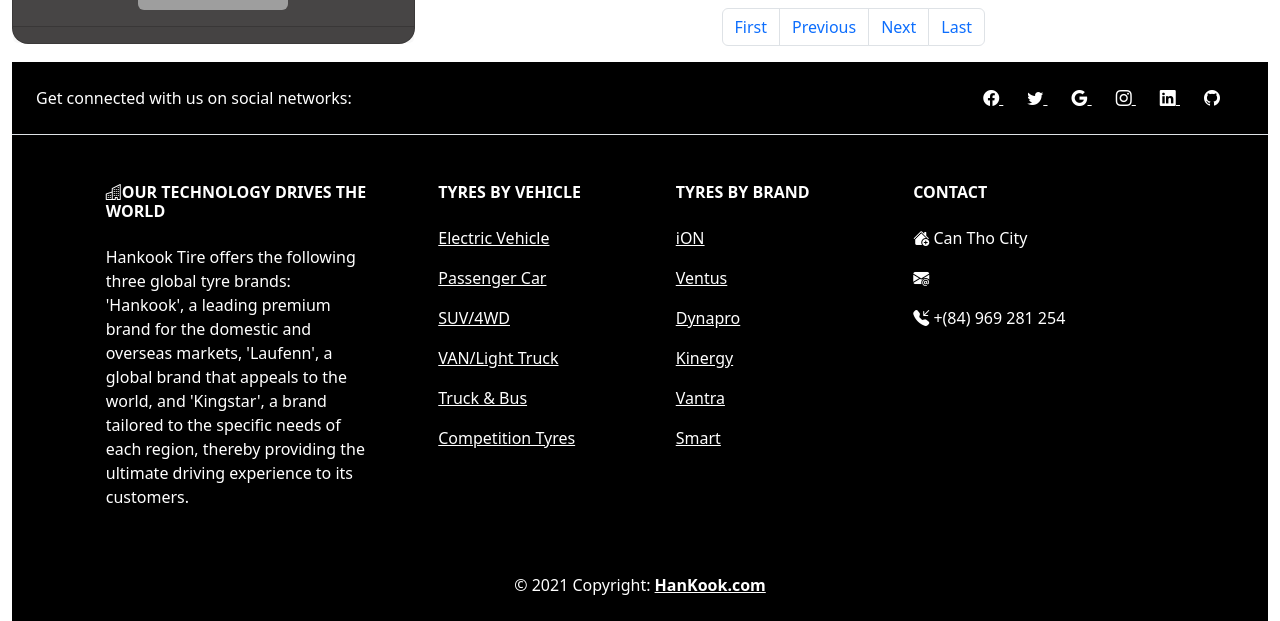
Repository: TrungAug/JAVA4
Page: myWeb/templates/editor.html
These files come from the project's save history. The page is drawn as it stood at one moment and after the next save; the edit follows.
The browser window is 1280 px wide. The pictures show the part of the page from y = 740 to 1407 px (the page is 1361 px tall before and 1407 px after).
Pictures or frames that could not be fetched are drawn as grey boxes. A picture or video elsewhere on the page could not be fetched, so the positions and the page height are approximate.

Above is the page before, as saved 2023-11-15 19:43:02.

### myWeb/templates/editor.html
<!DOCTYPE html>
<html lang="en">

<head>
    <meta charset="UTF-8">
    <meta name="viewport" content="width=device-width, initial-scale=1.0">
    <title>Java4</title>
    <link href="https://cdn.jsdelivr.net/npm/bootstrap@5.3.2/dist/css/bootstrap.min.css" rel="stylesheet"
        integrity="sha384-T3c6CoIi6uLrA9TneNEoa7RxnatzjcDSCmG1MXxSR1GAsXEV/Dwwykc2MPK8M2HN" crossorigin="anonymous">
    <link rel="stylesheet" href="https://cdn.jsdelivr.net/npm/bootstrap-icons@1.11.0/font/bootstrap-icons.css">
</head>

<body class="d-flex flex-column justify-content-between" style="height: 100vh;">
    <div class="container-fluid">
        <header>
            <div class="row">
                <div class="col-lg-4 col-md-4 col-sm-12">
                    <div class="myui-header__logo ">
                        <a class="home" href="/index.html" target="_self">
                            <img class="logo"
                                src="https://asset.hankooktire.com/content/dam/hankooktire/local/img/main/main-key-visual/pc/logo.svg"
                                alt="Hankook Tire">
                        </a>
                    </div>
                </div>
                <div class="col-lg-8 col-md-8 col-sm-12 d-flex">
                    <div class="myui-header__navbar">
                        <nav class="navbar navbar-expand-lg bg-body-tertiary">
                            <div class="container-fluid">
                                <a class="navbar-brand" href="#">Home</a>
                                <button class="navbar-toggler" type="button" data-bs-toggle="collapse"
                                    data-bs-target="#navbarSupportedContent" aria-controls="navbarSupportedContent"
                                    aria-expanded="false" aria-label="Toggle navigation">
                                    <span class="navbar-toggler-icon"></span>
                                </button>
                                <div class="collapse navbar-collapse" id="navbarSupportedContent">
                                    <ul class="navbar-nav me-auto mb-2 mb-lg-0">
                                        <li class="nav-item dropdown">
                                            <a class="nav-link dropdown-toggle" href="#" role="button"
                                                data-bs-toggle="dropdown" aria-expanded="false">
                                                Tyres
                                            </a>
                                            <ul class="dropdown-menu">
                                                <li><a class="dropdown-item" href="#">Electric Vehicle</a></li>
                                                <li><a class="dropdown-item" href="#">Passenger Car</a></li>
                                                <li><a class="dropdown-item" href="#">SUV/4WD</a></li>
                                                <li><a class="dropdown-item" href="#">VAN/Light Truck</a></li>
                                                <li><a class="dropdown-item" href="#">Truck & Bus</a></li>
                                                <li><a class="dropdown-item" href="#">Competition Tyres</a></li>
                                                <li>
                                                    <hr class="dropdown-divider">
                                                </li>
                                                <li><a class="dropdown-item" href="#">Something else here</a></li>
                                            </ul>
                                        </li>
                                        <li class="nav-item">
                                            <a class="nav-link" href="#">Promotion</a>
                                        </li>
                                        <li class="nav-item">
                                            <a class="nav-link" aria-current="page" href="#">Help & Support</a>
                                        </li>
                                        <li class="nav-item dropdown">
                                            <a class="nav-link dropdown-toggle" href="#" role="button"
                                                data-bs-toggle="dropdown" aria-expanded="false">
                                                Account
                                            </a>
                                            <ul class="dropdown-menu">
                                                <li><a class="dropdown-item" href="/templates/updateaccout.html">Update
                                                        Account</a></li>
                                                <li><a class="dropdown-item" href="/templates/forgetpass.html">Forget
                                                        Password</a></li>
                                                <li>
                                                    <hr class="dropdown-divider">
                                                </li>
                                                <li><a class="dropdown-item" href="/templates/signin.html">Sign in</a>
                                                </li>
                                                <li><a class="dropdown-item" href="/templates/signup.html">Sign up</a>
                                                </li>
                                            </ul>
                                        </li>
                                    </ul>
                                </div>
                            </div>
                        </nav>
                    </div>
                </div>
            </div>
            <div class="myui-header__search">
                <form class="d-flex" role="search">
                    <input class="form-control me-2" type="search" placeholder="Search" aria-label="Search">
                    <button class="btn btn-outline-success" type="submit">Search</button>
                </form>
            </div>
        </header>
        <main class="main">
            <section>
                <h1>ADMIN</h1>
            </section>
            <div class="row">
                <div class="col-lg-4 col-md-4 col-sm-12" id="sidebar-login-n-categories">
                    <div id="editor_product" class="mb-3 text-white">
                        <div class="card shadow-2-strong"
                            style="border-radius: 1rem;background-color: #474545;color: #fff;">
                            <div class="card-body p-2 text-center">
                                <h3 class="mb-4">PRODUCT DETAILS</h3>
                                <table class="table table-danger text-start">
                                    <tbody>
                                        <tr>
                                            <th>Name: </th>
                                            <td>Mark</td>
                                        </tr>
                                        <tr>
                                            <th>Tyre:</th>
                                            <td>Jacob</td>
                                        </tr>
                                        <tr>
                                            <th>Description: </th>
                                            <td>@twitter</td>
                                        </tr>
                                    </tbody>
                                </table>
                                <div class="row">
                                    <!-- lặp hình trong dtb ra 3 hình -->
                                    <div class="col img-prod">
                                        <img src="https://asset.hankooktire.com/content/dam/hankooktire/eu/product/ion/ih01a/KV%20thumb(IH01)1.png"
                                            class="figure-img img-fluid rounded" alt="..."
                                            style="width: 150px;height: 150px;">
                                    </div>
                                </div>
                            </div>
                            <div class="card-footer">

                            </div>
                        </div>
                    </div>
                </div>
                <div class="col-lg-8 col-md-8 col-sm-12" id="productsContainer">
                    <div class="box-content mt-3">
                        <div class="row">
                            <div class="col-lg-3 col-md-4 col-sm-12 mb-3">
                                <div class="card d-flex flex-column h-100">
                                    <a href="#">
                                        <img src="https://asset.hankooktire.com/content/dam/hankooktire/eu/product/tire_list/suv/IH01A_normal.png"
                                            alt="" class="card-img-top img-thumbnail" data-bs-toggle="tooltip"
                                            data-bs-placement="right">
                                    </a>
                                    <div class="card-body">
                                        <h5 class="card-title">iON evo AS SUV</h5>
                                        <p class="card-text font_caption_lg desc">EVolutionised to perform and last</p>
                                    </div>
                                    <div class="card-footer d-flex align-items-center">
                                        <div class="me-4">
                                            <a href="" class="text-reset text-decoration-none">
                                                <i class="bi bi-suit-heart"></i>
                                                <span>2.099</span>
                                            </a>
                                        </div>
                                        <div class="me-4">
                                            <a href="" class="text-reset text-decoration-none">
                                                <i class="bi bi-share"></i>
                                                <span>1.099</span>
                                            </a>
                                        </div>
                                        <div class="me-4">
                                            <a href="" class="text-reset text-decoration-none">
                                                <i class="bi bi-cart-check"></i>
                                                <span>7.099</span>
                                            </a>
                                        </div>
                                    </div>
                                </div>
                            </div>
                        </div>
                        <nav aria-label="Page navigation example" id="paginationF99">
                            <ul class="pagination justify-content-center">
                                <li class="page-item"><a class="page-link" href="">First</a></li>
                                <li class="page-item"><a class="page-link" href="">Previous</a></li>
                                <li class="page-item"><a class="page-link" href="">Next</a>
                                </li>
                                <li class="page-item"><a class="page-link" href="">Last</a>
                                </li>
                            </ul>
                        </nav>
                    </div>
                </div>
            </div>
        </main>
        <footer style="background-color: #000; color: #fff;" class="text-center text-lg-start">
            <!-- Section: Social media -->
            <section class="d-flex justify-content-center justify-content-lg-between p-4 border-bottom">
                <!-- Left -->
                <div class="me-5 d-none d-lg-block">
                    <span>Get connected with us on social networks:</span>
                </div>
                <!-- Left -->

                <!-- Right -->
                <div>
                    <a href="" class="me-4 text-reset">
                        <i class="bi bi-facebook"></i>
                    </a>
                    <a href="" class="me-4 text-reset">
                        <i class="bi bi-twitter"></i>
                    </a>
                    <a href="" class="me-4 text-reset">
                        <i class="bi bi-google"></i>
                    </a>
                    <a href="" class="me-4 text-reset">
                        <i class="bi bi-instagram"></i>
                    </a>
                    <a href="" class="me-4 text-reset">
                        <i class="bi bi-linkedin"></i>
                    </a>
                    <a href="" class="me-4 text-reset">
                        <i class="bi bi-github"></i>
                    </a>
                </div>
                <!-- Right -->
            </section>
            <!-- Section: Social media -->

            <!-- Section: Links  -->
            <section class="">
                <div class="container text-center text-md-start mt-5">
                    <!-- Grid row -->
                    <div class="row mt-3">
                        <!-- Grid column -->
                        <div class="col-md-3 col-lg-4 col-xl-3 mx-auto mb-4">
                            <!-- Content -->
                            <h6 class="text-uppercase fw-bold mb-4">
                                <i class="bi bi-buildings"></i>Our technology drives the world
                            </h6>
                            <p>
                                Hankook Tire offers the following three global tyre brands: 'Hankook', a leading premium
                                brand for the domestic and overseas markets, 'Laufenn', a global brand that appeals to
                                the world, and 'Kingstar', a brand tailored to the specific needs of each region,
                                thereby providing the ultimate driving experience to its customers.
                            </p>
                        </div>
                        <!-- Grid column -->

                        <!-- Grid column -->
                        <div class="col-md-2 col-lg-2 col-xl-2 mx-auto mb-4">
                            <!-- Links -->
                            <h6 class="text-uppercase fw-bold mb-4">
                                Tyres by Vehicle
                            </h6>
                            <p>
                                <a href="#!" class="text-reset">Electric Vehicle</a>
                            </p>
                            <p>
                                <a href="#!" class="text-reset">Passenger Car</a>
                            </p>
                            <p>
                                <a href="#!" class="text-reset">SUV/4WD</a>
                            </p>
                            <p>
                                <a href="#!" class="text-reset">VAN/Light Truck</a>
                            </p>
                            <p>
                                <a href="#!" class="text-reset">Truck & Bus</a>
                            </p>
                            <p>
                                <a href="#!" class="text-reset">Competition Tyres</a>
                            </p>
                        </div>
                        <!-- Grid column -->

                        <!-- Grid column -->
                        <div class="col-md-3 col-lg-2 col-xl-2 mx-auto mb-4">
                            <!-- Links -->
                            <h6 class="text-uppercase fw-bold mb-4">
                                Tyres by Brand
                            </h6>
                            <p>
                                <a href="#!" class="text-reset">iON</a>
                            </p>
                            <p>
                                <a href="#!" class="text-reset">Ventus</a>
                            </p>
                            <p>
                                <a href="#!" class="text-reset">Dynapro</a>
                            </p>
                            <p>
                                <a href="#!" class="text-reset">Kinergy</a>
                            </p>
                            <p>
                                <a href="#!" class="text-reset">Vantra</a>
                            </p>
                            <p>
                                <a href="#!" class="text-reset">Smart</a>
                            </p>
                        </div>
                        <!-- Grid column -->

                        <!-- Grid column -->
                        <div class="col-md-4 col-lg-3 col-xl-3 mx-auto mb-md-0 mb-4">
                            <!-- Links -->
                            <h6 class="text-uppercase fw-bold mb-4">Contact</h6>
                            <p><i class="bi bi-house-add-fill"></i> Can Tho City</p>
                            <p>
                                <i class="bi bi-envelope-at-fill"></i>
                            </p>
                            <p><i class="bi bi-telephone-inbound-fill"></i> +(84) 969 281 254</p>
                        </div>
                        <!-- Grid column -->
                    </div>
                    <!-- Grid row -->
                </div>
            </section>
            <!-- Section: Links  -->

            <!-- Copyright -->
            <div class="text-center p-4" style="background-color: rgba(0, 0, 0, 0.05);">
                © 2021 Copyright:
                <a class="text-reset fw-bold" href="#">HanKook.com</a>
            </div>
            <!-- Copyright -->
        </footer>
    </div>


    <script src="https://cdn.jsdelivr.net/npm/bootstrap@5.3.1/dist/js/bootstrap.bundle.min.js"></script>
</body>

</html>

After the next save:
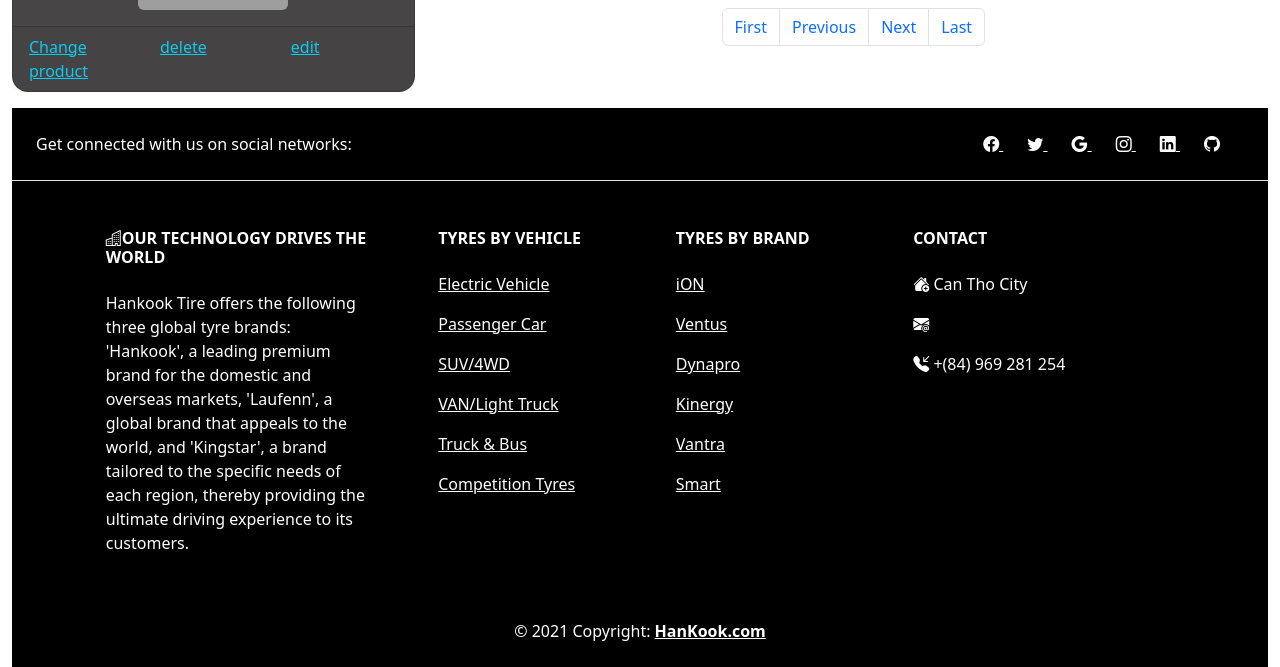
Saved 98 s later.
--- a/myWeb/templates/editor.html
+++ b/myWeb/templates/editor.html
@@ -129,7 +129,17 @@
                                 </div>
                             </div>
                             <div class="card-footer">
-
+                                <div class="row">
+                                    <div class="col">
+                                        <a class="text-info" href="">Change product</a>
+                                    </div>
+                                    <div class="col">
+                                        <a class="text-info" href="">delete</a>
+                                    </div>
+                                    <div class="col">
+                                        <a class="text-info" href="">edit</a>
+                                    </div>
+                                </div>
                             </div>
                         </div>
                     </div>
